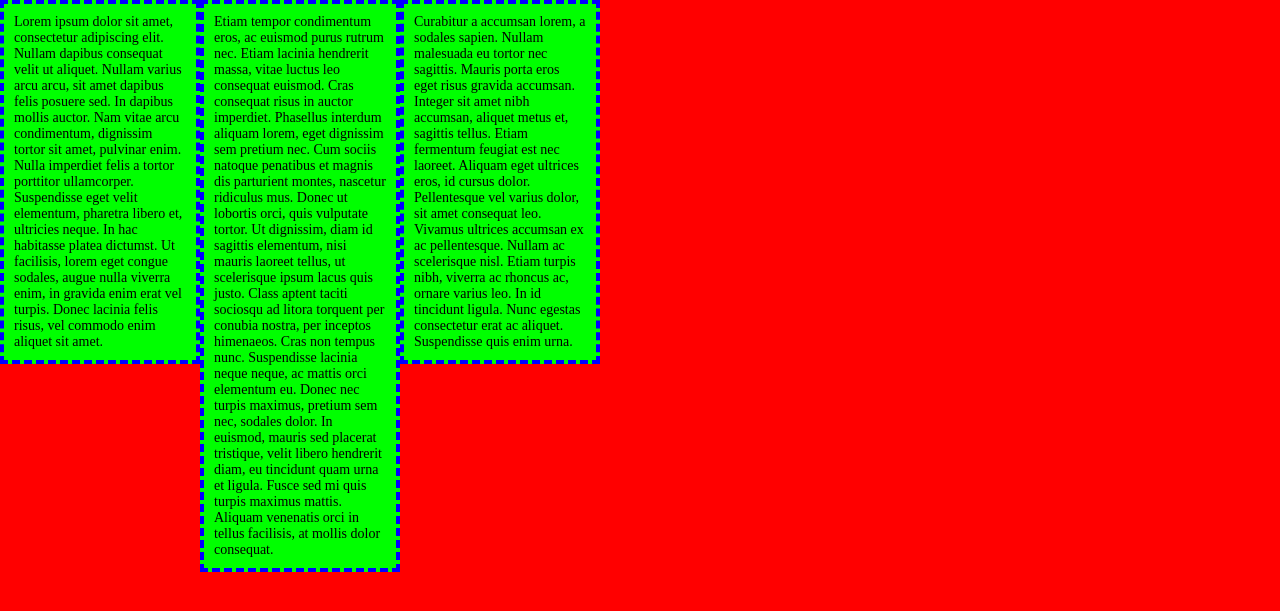
Repository: simonekurtz/simonekurtz.github.io
Page: CLASS3_CSS Cont/CSS_Cont.html
The author's editor kept a record of every edit. The page is drawn from the files as they stood at one moment, then again after the next edit.
The browser window is 1280 px wide. The pictures show the whole page.

Above is the page before.

After the next edit:
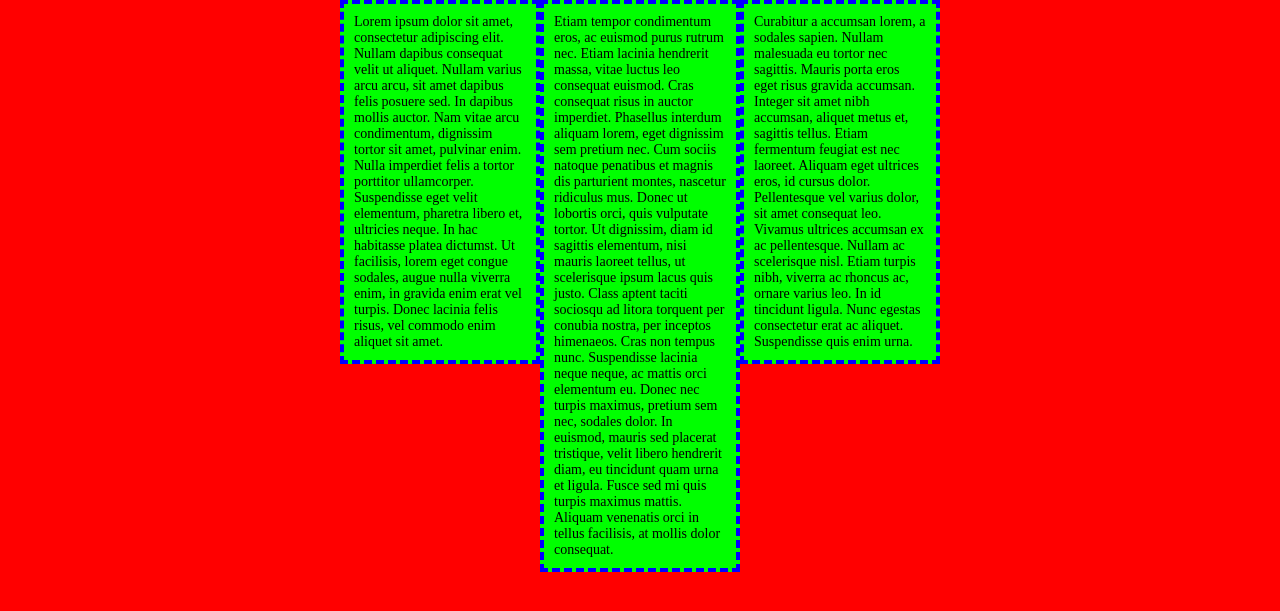
The edit:
--- a/CLASS3_CSS Cont/style.css
+++ b/CLASS3_CSS Cont/style.css
@@ -16,6 +16,7 @@
     width: 600px;
     background-color: white;
     font-size: 0;
+    margin: 0 auto;
 }
 
 .column {
